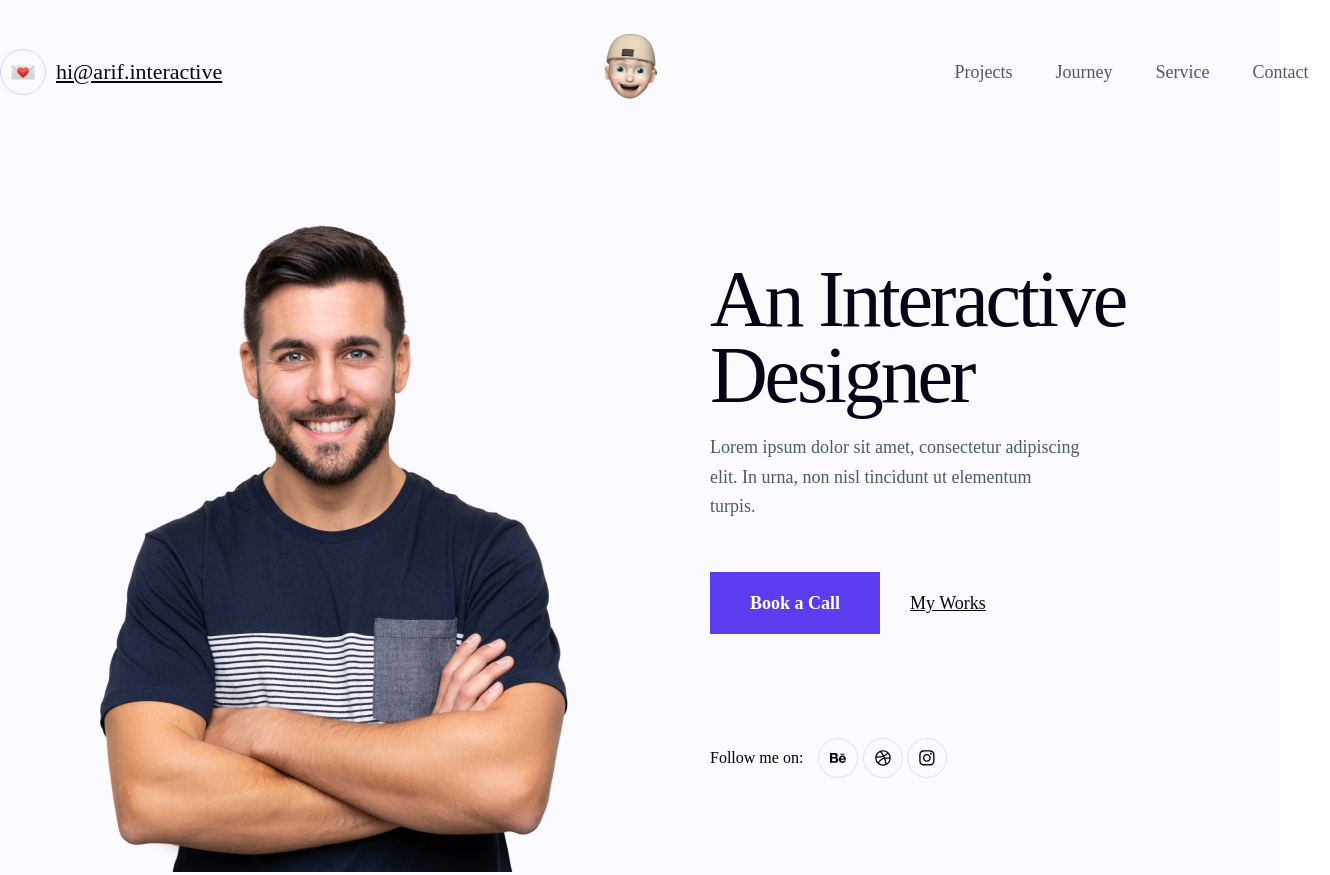
Repository: trantangtuan/project-06-grid-system12column-demo
Page: index.html
An editor plug-in stored every save of this project. The page is shown before and after the next save, followed by the edit.
The browser window is 1280 px wide. The page is 1330 px wide, so the pictures cover 1330 px, including what lies to the right of the window. The pictures show the whole page.

Above is the page before, as saved 2024-07-12 21:56:06.

After the next save:
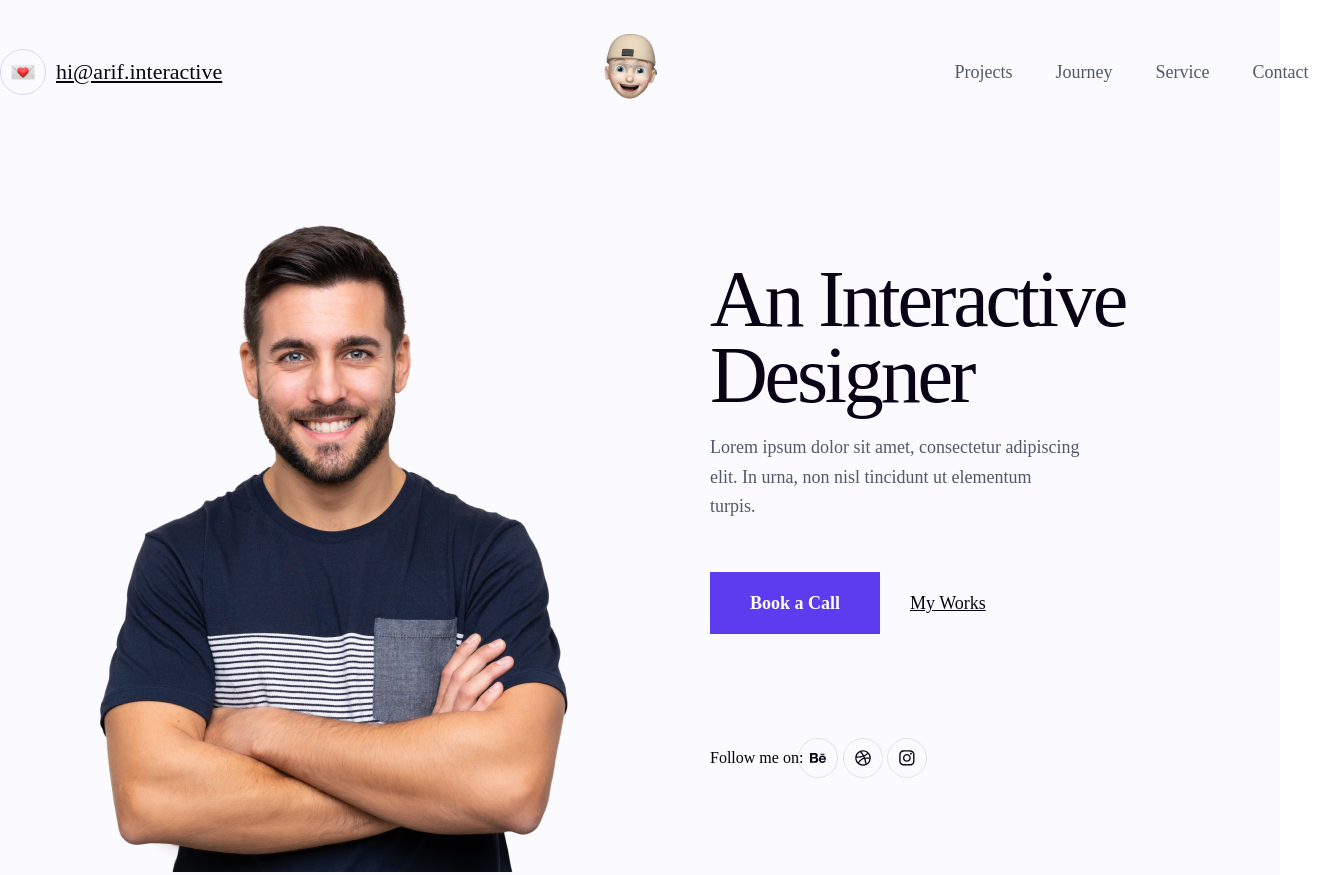
Saved 9 s later.
--- a/assets/css/style.css
+++ b/assets/css/style.css
@@ -167,5 +167,5 @@ a {
 
 .social-network__desc {
   line-height: 40px;
-  margin-right: 15px;
+  margin-right: -5px;
 }
